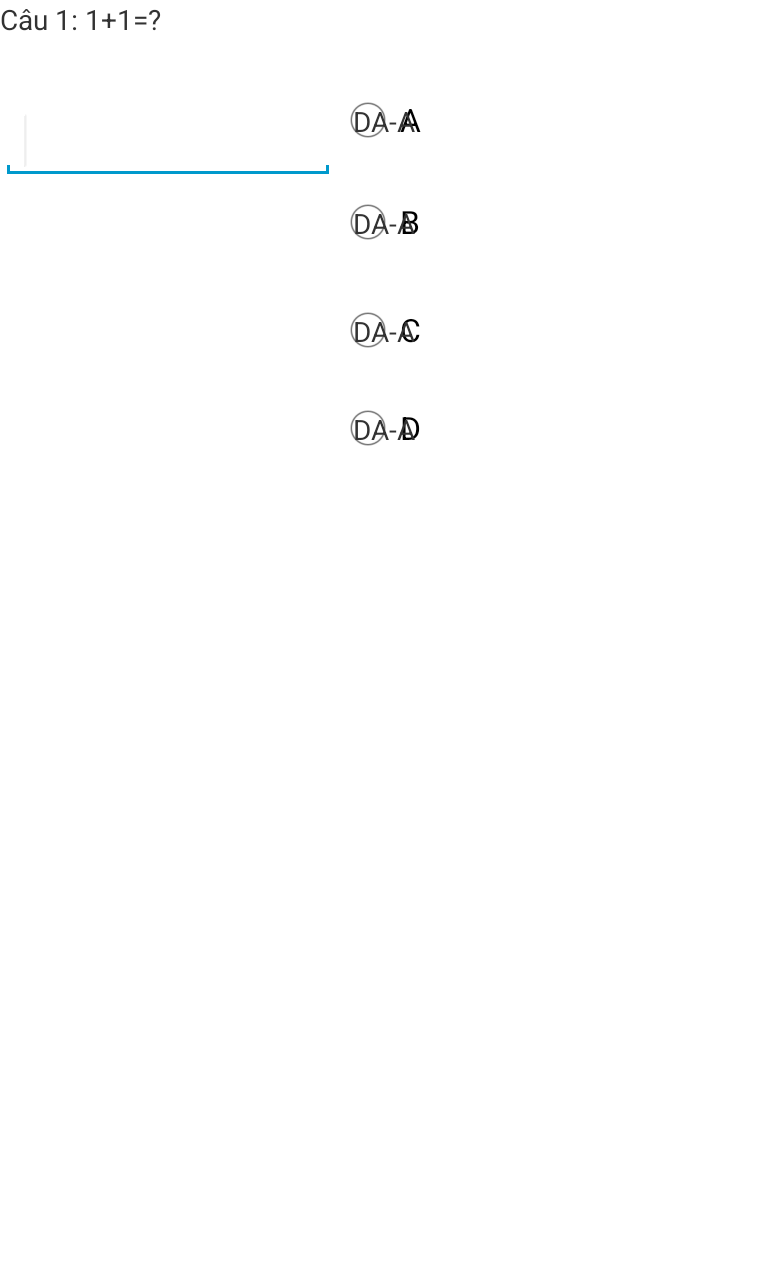
Repository: hieu19926/Non_cable_networking
Layout: SecondGraders/res/layout/test_json.xml
These files come from the project's save history. The layout is drawn as it stood at one moment and after the next save; the edit follows.
It is drawn on a 768 x 1280 px phone screen (xhdpi) without system bars, with theme AppTheme; the app's code is not run.

Above is the layout before, as saved 2014-10-13 12:19:37.

After the next save:
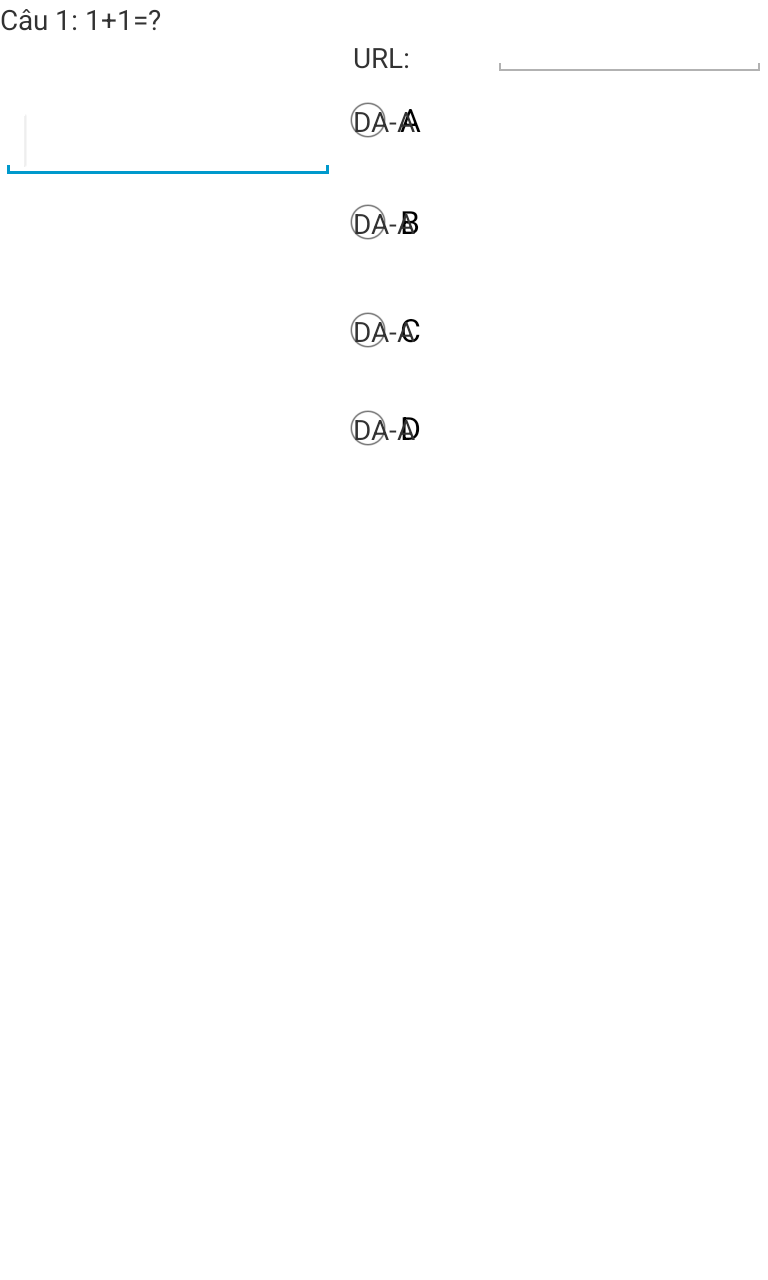
Saved 31 s later.
--- a/SecondGraders/res/layout/test_json.xml
+++ b/SecondGraders/res/layout/test_json.xml
@@ -103,4 +103,23 @@
         <requestFocus />
     </EditText>
 
+    <EditText
+        android:id="@+id/url"
+        android:layout_width="wrap_content"
+        android:layout_height="wrap_content"
+        android:layout_alignParentTop="true"
+        android:layout_marginLeft="38dp"
+        android:layout_toRightOf="@+id/textViewTLA"
+        android:ems="10" />
+
+    <TextView
+        android:id="@+id/textView1"
+        android:layout_width="wrap_content"
+        android:layout_height="wrap_content"
+        android:layout_alignBottom="@+id/url"
+        android:layout_alignLeft="@+id/textViewTLA"
+        android:layout_below="@+id/TextViewcauhoi"
+        android:text="URL:"
+        android:textAppearance="?android:attr/textAppearanceSmall" />
+
 </RelativeLayout>
